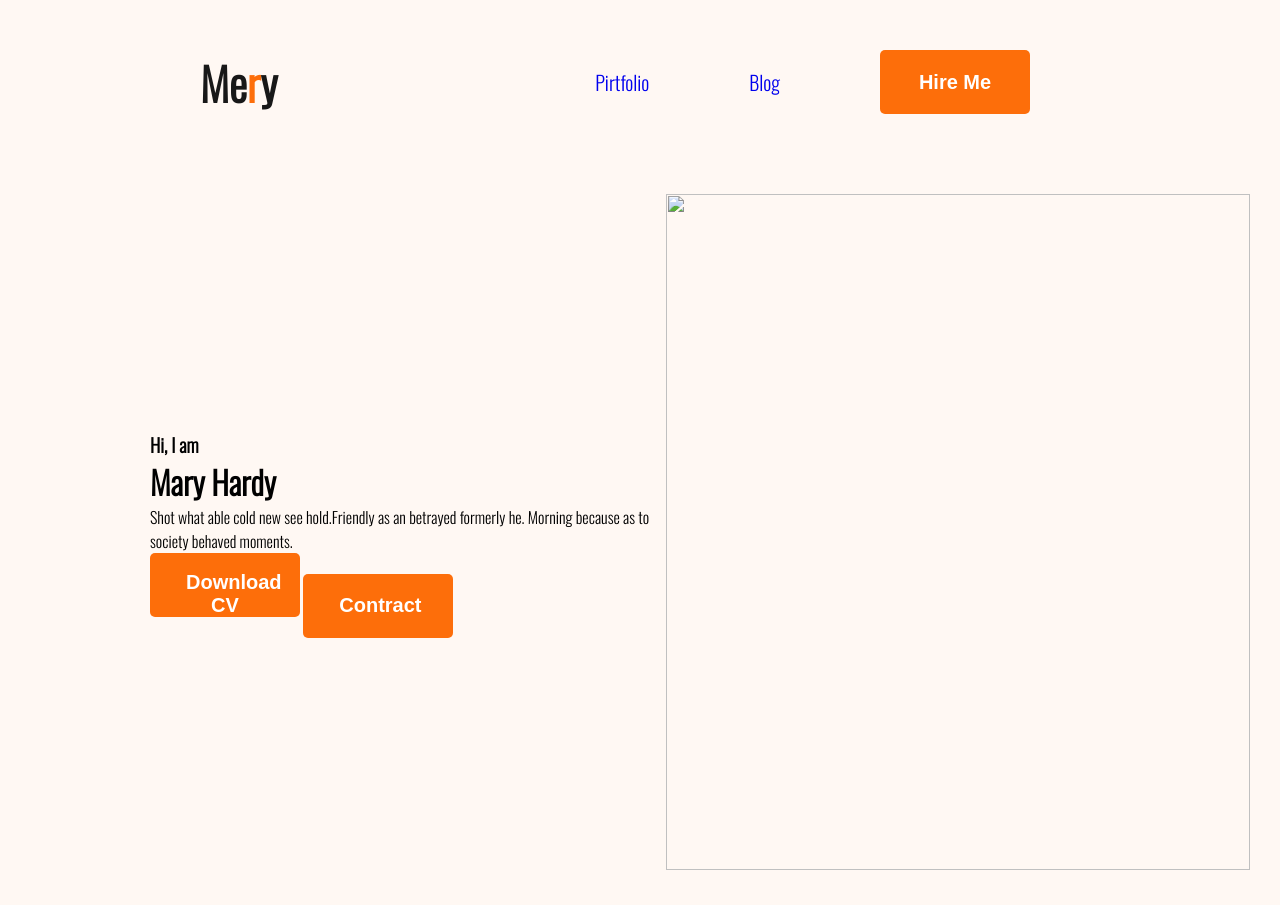
Repository: sumonkumarsarkar/my-website-personal
Page: index.html
These files come from the project's save history. The page is drawn as it stood at one moment and after the next save; the edit follows.
The browser window is 1280 px wide. The pictures show the whole page.

Above is the page before, as saved 2024-01-06 09:22:45.
Not found: images/hardy.png

### index.html
<!DOCTYPE html>
<html lang="en">
<head>
    <meta charset="UTF-8">
    <meta name="viewport" content="width=device-width, initial-scale=1.0">
    <title>My Personal Website</title>
    <link rel="preconnect" href="https://fonts.googleapis.com">
    <link rel="preconnect" href="https://fonts.gstatic.com" crossorigin>
    <link href="https://fonts.googleapis.com/css2?family=Open+Sans:wght@700;800&family=Oswald:wght@300&display=swap" rel="stylesheet">
    <link rel="stylesheet" href="./style.css">
</head>
<body>
    <header class="header">
        <nav>
            <h3 class="nav-title">Me<span class="text-primary">r</span>y</h3>
            <ul>
                <li ><a href="#">Pirtfolio</a></li>
                <li ><a href="#">Blog</a></li>
                <li ><button type="button" class="btn-button">Hire Me</button></li>
            </ul>
        </nav>

        <div class="banner">
            <div>
                <h3>Hi, I  am</h3>
                <h1>Mary Hardy</h1>
                <p>Shot what able cold new see hold.Friendly as an betrayed formerly he. Morning because as to society behaved moments.</p>
                <button class="btn-button">Download CV</button>
                <button class="btn-button" type="button">Contract</button>
            </div>
            <div>
                <img class="profile-picture" src="./   images/hardy.png" alt="">
            </div>

        </div>
    </header>
</body>
</html>

### style.css
*{
    margin: 0;
    padding: 0;
}
body{
    font-family: 'Open Sans', sans-serif;
      font-family: 'Oswald', sans-serif;
}
nav{
    display: flex;
   align-items: center;
    justify-content:space-between;
    margin: 0 200px;
}

.nav-title{
    font-size:45px;
    color:#181818;
    line-height: normal;
    font-weight: 800;
}
.text-primary{

    color:#FD6E0A;

}
nav ul{
    display:flex;
   align-items: center;
}
nav a{
    text-decoration:none;
}
nav li{
 list-style: none;
 margin:50px;
font-size:20px;
color:#474747;
text-align:center;
}

.btn-button{
    height:64px;
    width: 150px;
    color: #ffff;
    background: #FD6E0A;
    border-radius: 5px;
    font-size: 20px;
    border:0;
    font-weight: 700;
    padding: 18px 36px;
}

.header{

    background: #FFF8F3;
}
.banner{
    padding: 30px 30px 30px 150px;
    display: flex;
    align-items: center;
}
.banner .profile-picture{
    height:676px;
    width: 584px;
}

After the next save:
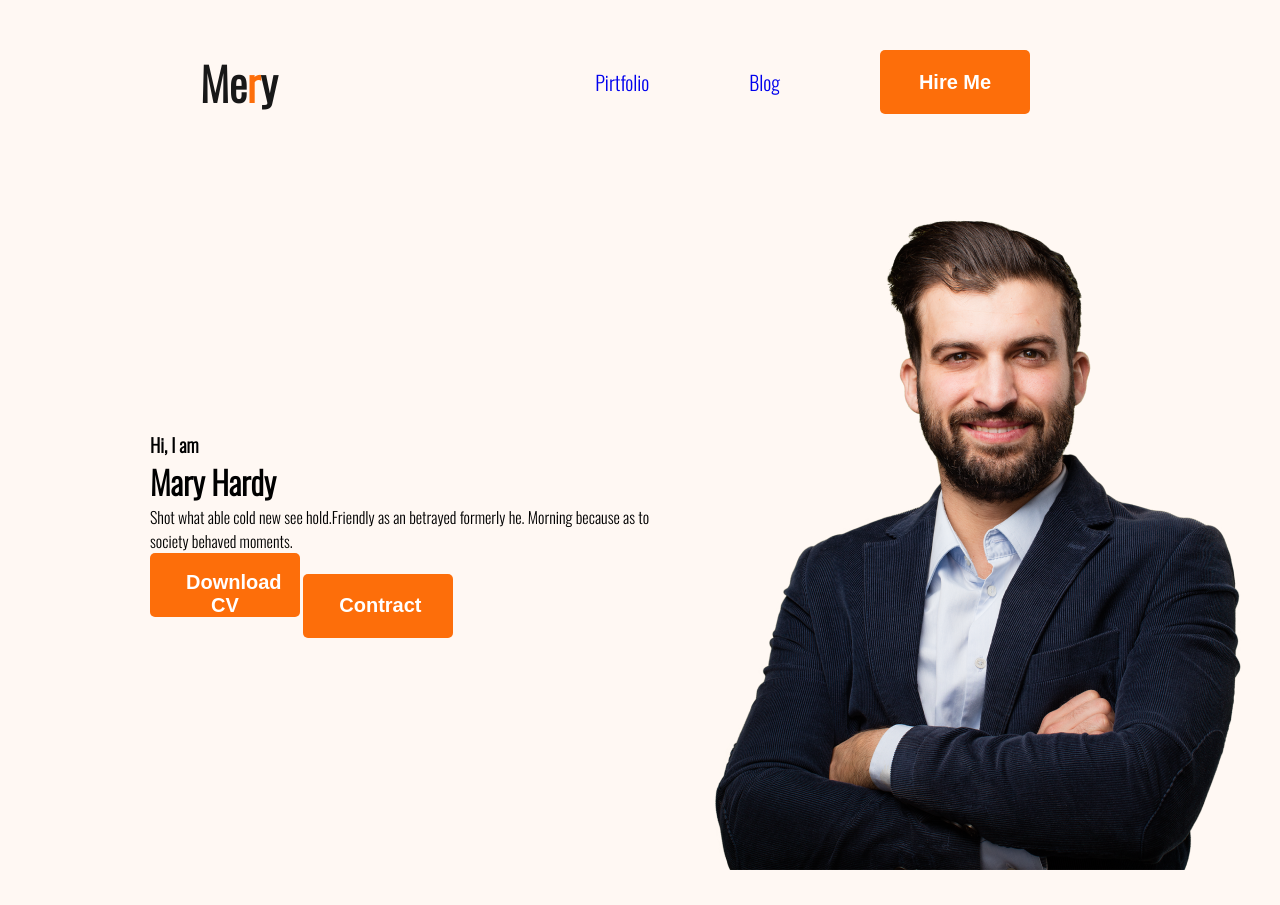
Saved 44 s later.
--- a/index.html
+++ b/index.html
@@ -25,11 +25,11 @@
                 <h3>Hi, I  am</h3>
                 <h1>Mary Hardy</h1>
                 <p>Shot what able cold new see hold.Friendly as an betrayed formerly he. Morning because as to society behaved moments.</p>
-                <button class="btn-button">Download CV</button>
+                <button type="button" class="btn-button">Download CV</button>
                 <button class="btn-button" type="button">Contract</button>
             </div>
             <div>
-                <img class="profile-picture" src="./   images/hardy.png" alt="">
+        <img class="profile-picture" src="./images/hardy.png" alt="">
             </div>
 
         </div>
